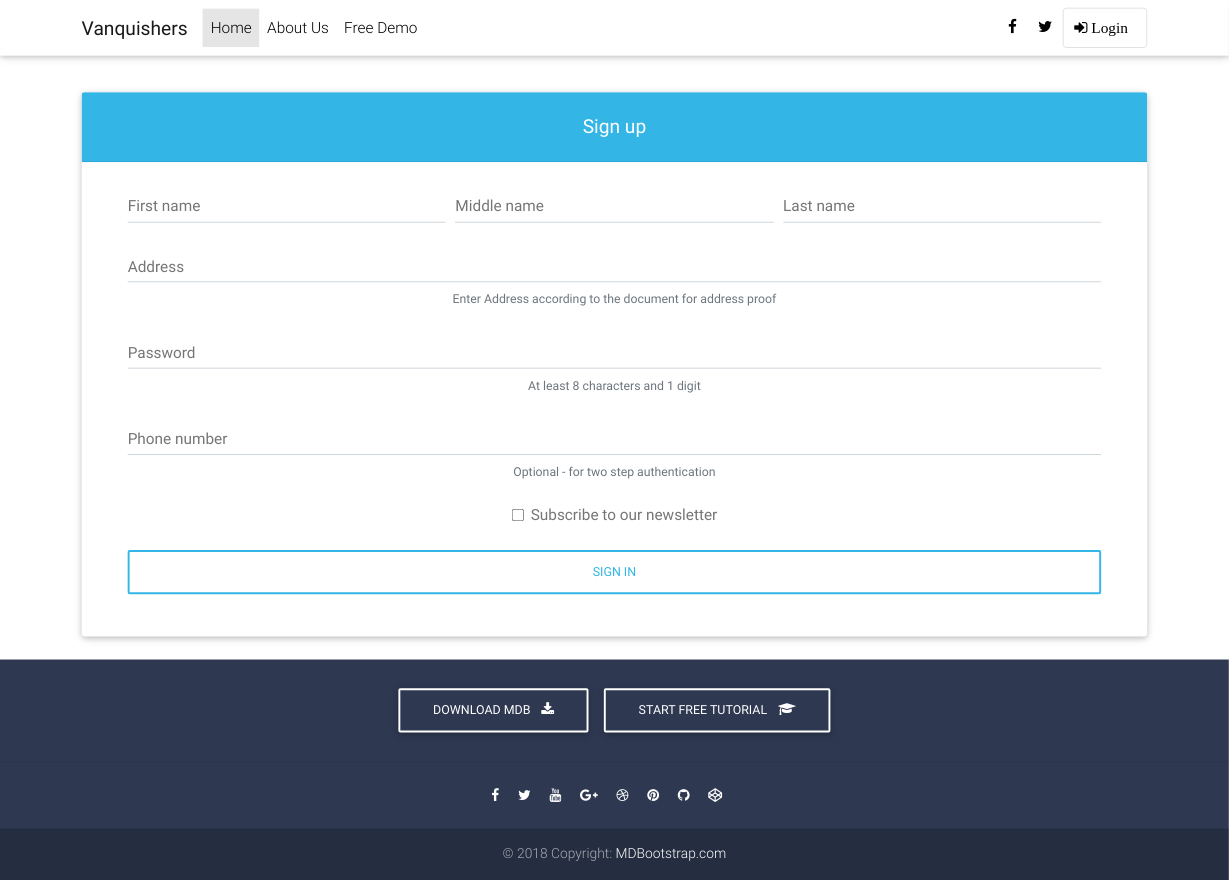
Repository: KJSCEhack/KJSCE_Vanquishers
Page: http://localhost/demo.php
An editor plug-in stored every save of this project. The page is shown before and after the next save, followed by the edit.
The browser window is 1280 px wide. The pictures show the whole page, at 96% of full size.
The page is run by PHP 8.4 with error messages shown; the project is at /var/www/html/.

Above is the page before, as saved 2018-10-06 09:11:33.

After the next save:
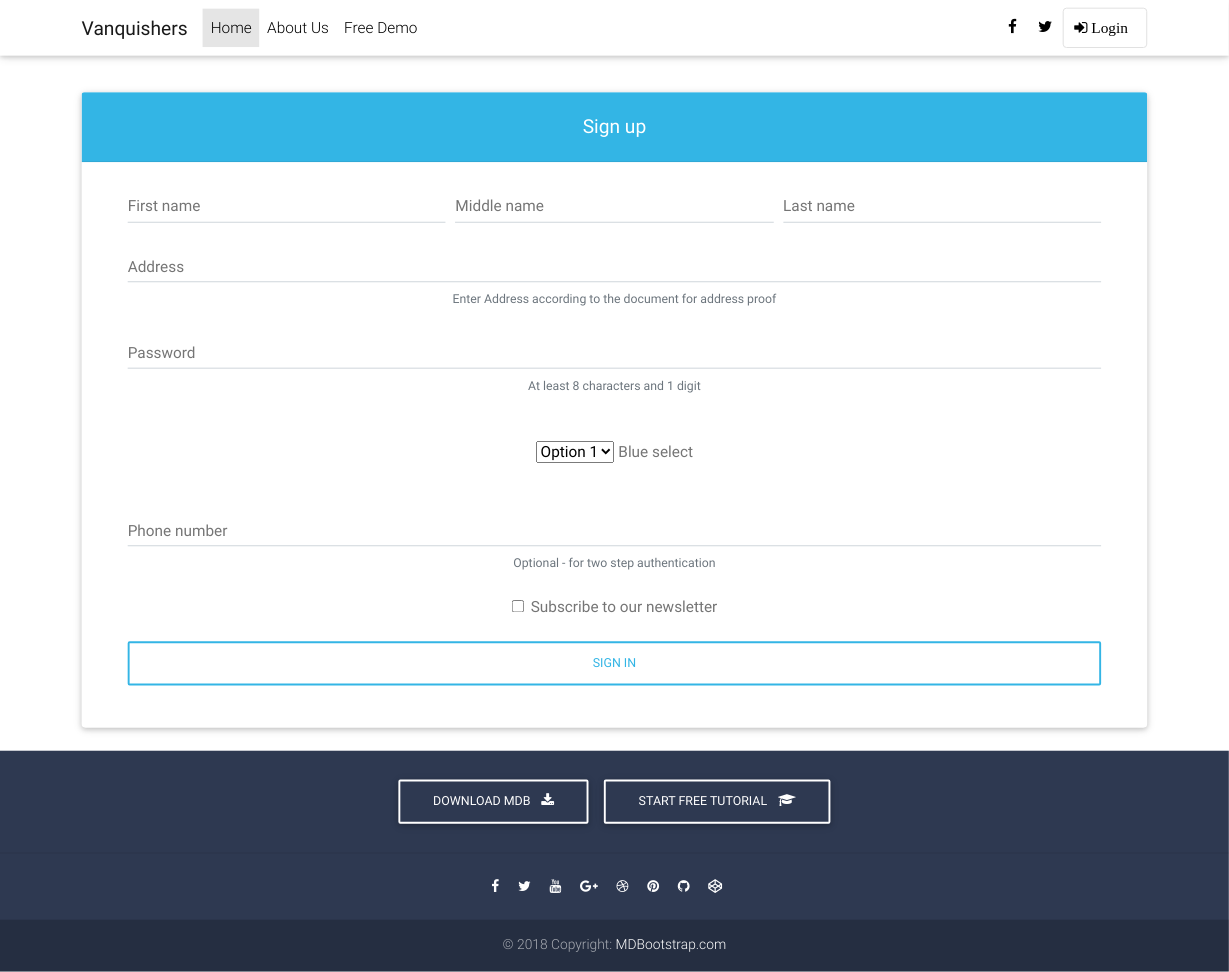
Saved 2 min 14 s later.
--- a/demo.php
+++ b/demo.php
@@ -157,6 +157,15 @@ mysqli_close($conn);
                         </small>
                     </div>
 
+                    <select class="mdb-select md-form colorful-select dropdown-primary">
+    <option value="1">Option 1</option>
+    <option value="2">Option 2</option>
+    <option value="3">Option 3</option>
+    <option value="4">Option 4</option>
+    <option value="5">Option 5</option>
+</select>
+<label>Blue select</label>
+
                     <!-- Phone number -->
                     <div class="md-form">
                         <input type="password" id="materialRegisterFormPhone" class="form-control" aria-describedby="materialRegisterFormPhoneHelpBlock">
